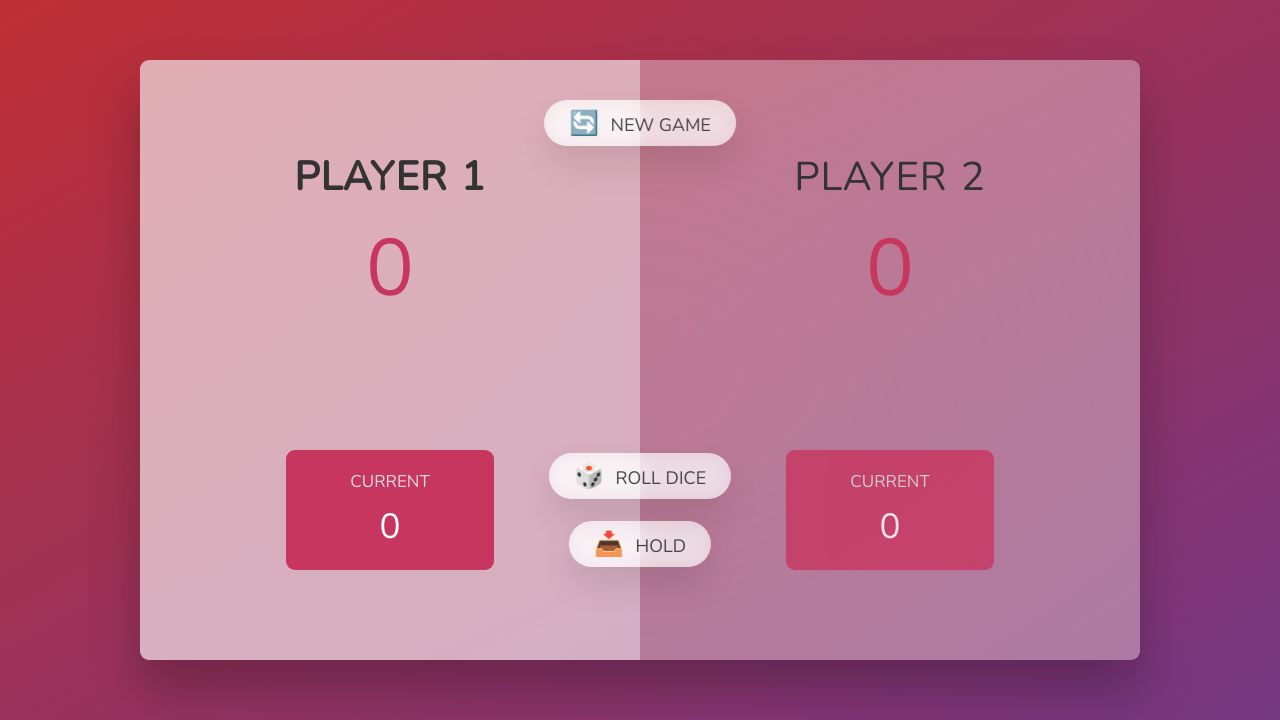
Repository: Samkiroko/pig-game
Page: index.html
An editor plug-in stored every save of this project. The page is shown before and after the next save, followed by the edit.
The browser window is 1280 px wide. The pictures show the whole page.
After loading, the first visible `button.btn--hold` was clicked once.

Above is the page before, as saved 2021-02-19 21:45:09.
Console error: ReferenceError: score is not defined

After the next save:
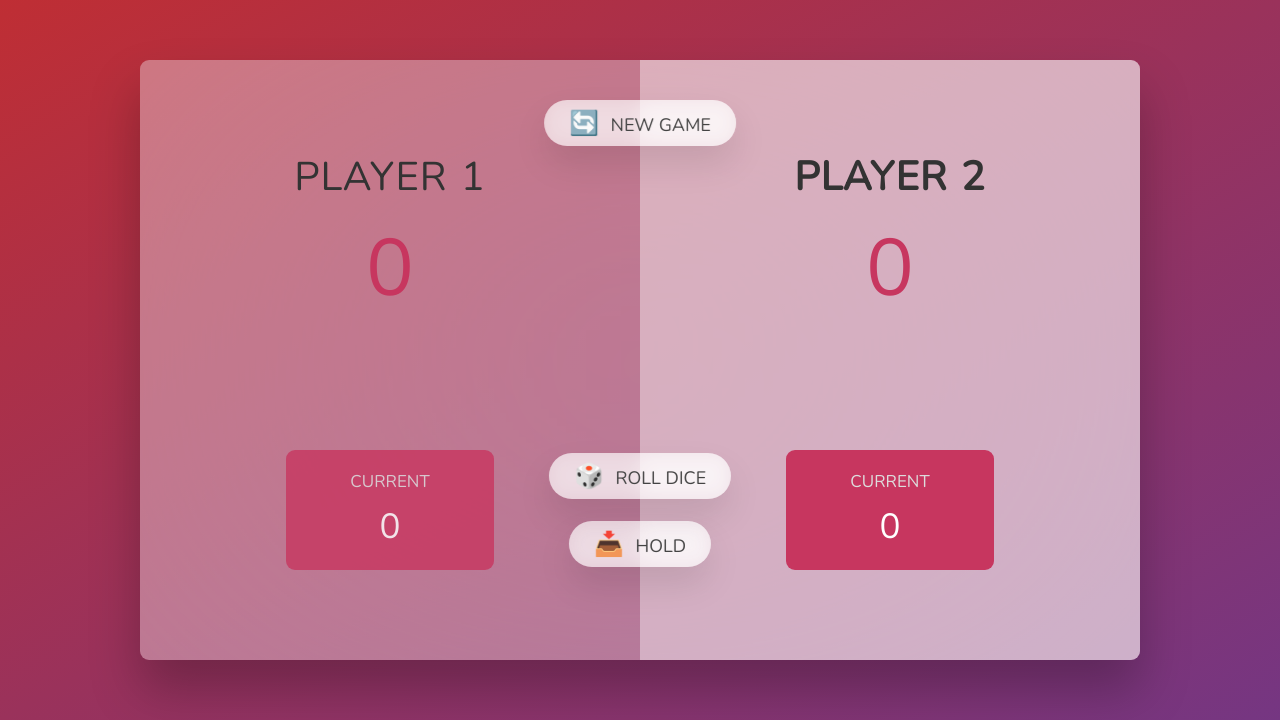
The error is gone.
Saved 14 s later.
--- a/script.js
+++ b/script.js
@@ -51,7 +51,7 @@
 // hold button
 btnHold.addEventListener('click', () => {
   // 1. add current score to active player's score
-  score[activePlayer] += currentScore;
+  scores[activePlayer] += currentScore;
   document.getElementById(`score--${activePlayer}`).textContent =
     scores[activePlayer];
   // 2. check if player's score is >=100
